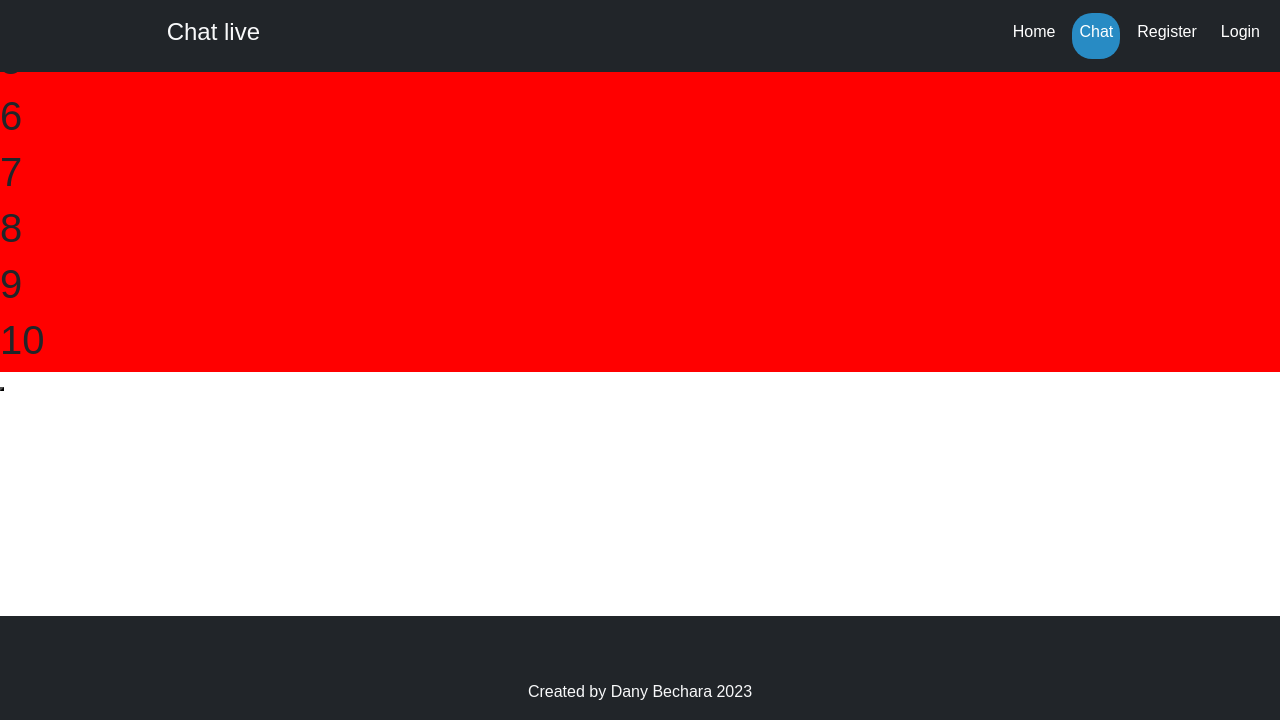
Repository: bechara611/chatv2
Page: /chat
The author's editor kept a copy of each file at every save. The page is drawn from the files as they stood at one save, then again after the next save.
The browser window is 1280 px wide. The pictures show the whole page.
The project was rebuilt for these pictures with package versions that can differ from the ones it lists, and the page was loaded fresh each time. Also part of the build but not shown: src/auth/components/login.jsx, src/auth/components/register.jsx, src/ui/components/Home.jsx, src/App.css.

Above is the page before, as saved 2023-03-12 17:41:57.

After the next save:
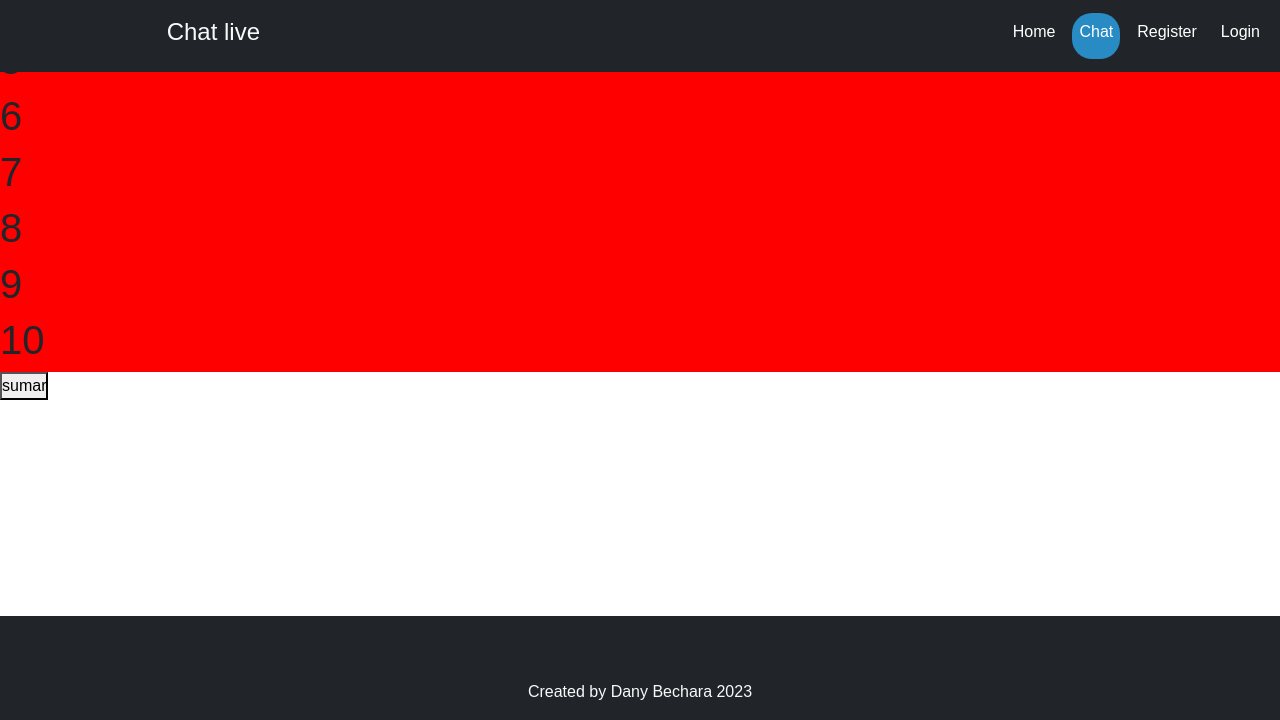
Saved 9 s later.
--- a/src/chat/components/Chat.jsx
+++ b/src/chat/components/Chat.jsx
@@ -20,7 +20,7 @@ export const Chat = () => {
     </div>
     <button onClick={()=>{
         setvector([...vector2,11])
-    }}></button>
+    }}> sumar</button>
     </>
 
   )
